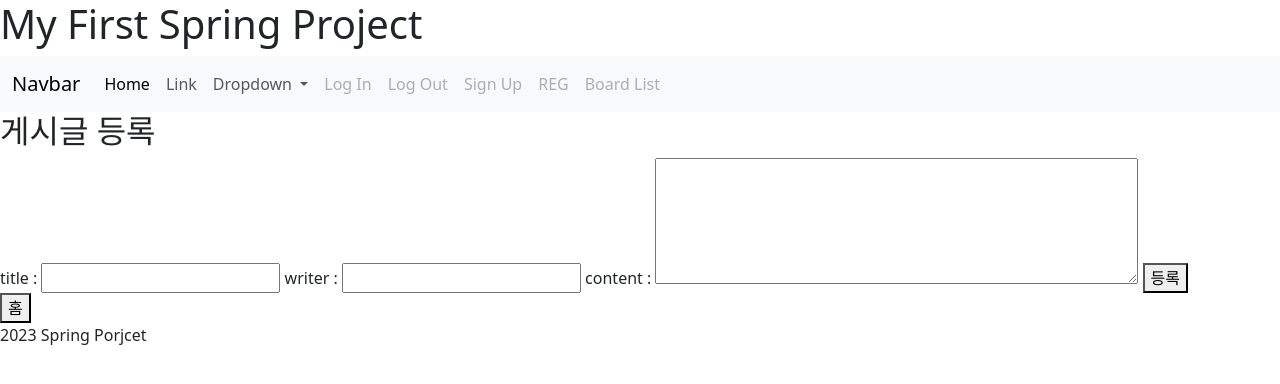
Repository: Leesunghoon1/ezenSpring
Page: http://localhost/spring-Test/WEB-INF/views/board/register.jsp
The author's editor kept a copy of each file at every save. The page is drawn from the files as they stood at one save, then again after the next save.
The browser window is 1280 px wide. The pictures show the whole page.
The page is served by Tomcat 9. Nobody is signed in. The template is opened directly, without the code that normally fills it, so the values that code supplies are empty.

Above is the page before, as saved 2023-10-05 07:29:14.

After the next save:
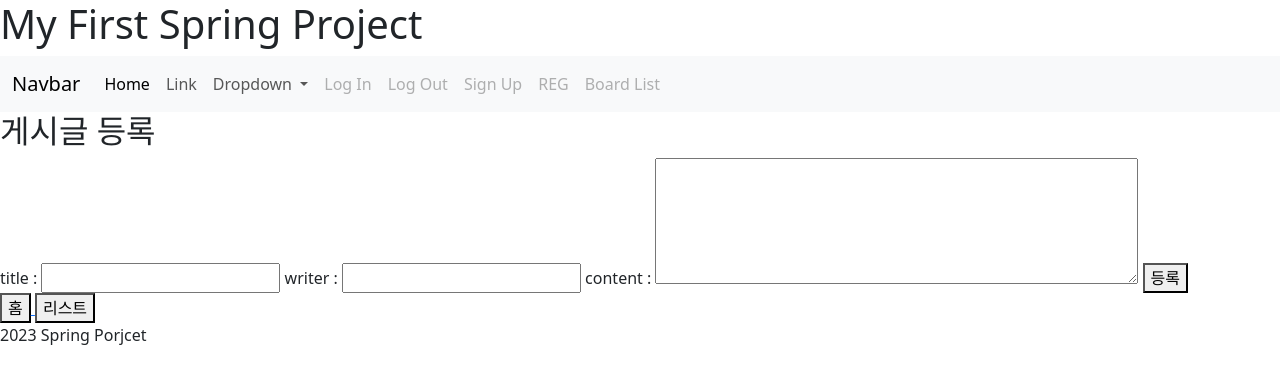
Saved 33 s later.
--- a/spring-Test/src/main/webapp/WEB-INF/views/board/register.jsp
+++ b/spring-Test/src/main/webapp/WEB-INF/views/board/register.jsp
@@ -21,6 +21,9 @@
 <a href="/">
 	<button type="button">홈</button>
 </a>
+<a href="/board/list">
+	<button type="button">리스트</button>
+</a>
 
 <jsp:include page="../layout/footer.jsp"></jsp:include>
 </body>
